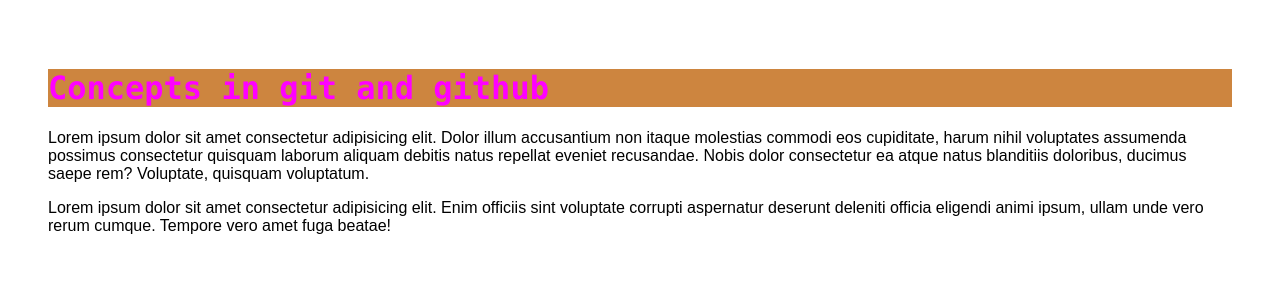
Repository: profbkmurage/gitConcepts
Page: index.html
The author's editor kept a copy of each file at every save. The page is drawn from the files as they stood at one save, then again after the next save.
The browser window is 1280 px wide. The pictures show the whole page.

Above is the page before, as saved 2024-04-03 17:35:42.

### index.html
<!DOCTYPE html>
<html lang="en">
<head>
    <meta charset="UTF-8">
    <meta name="viewport" content="width=device-width, initial-scale=1.0">
    <title>Document</title>
<link rel="stylesheet" href="style.css">
</head>
<body>
    <h1>Concepts in git and github</h1>
    <p>Lorem ipsum dolor sit amet consectetur adipisicing elit. Dolor illum accusantium non itaque molestias commodi eos cupiditate, harum nihil voluptates assumenda possimus consectetur quisquam laborum aliquam debitis natus repellat eveniet recusandae. Nobis dolor consectetur ea atque natus blanditiis doloribus, ducimus saepe rem? Voluptate, quisquam voluptatum.</p>

    <div>
        <p class="classname">
            Lorem ipsum dolor sit amet consectetur adipisicing elit. Enim officiis sint voluptate corrupti aspernatur deserunt deleniti officia eligendi animi ipsum, ullam unde vero rerum cumque. Tempore vero amet fuga beatae!
        </p>
    </div>

</body>
</html>

### style.css
body{
    margin:2rem;
    padding:1em;
    font-family: Arial, Helvetica, sans-serif;
}

h1{
    color:magenta;
    background: peru;
    font-family: consolas;
}

After the next save:
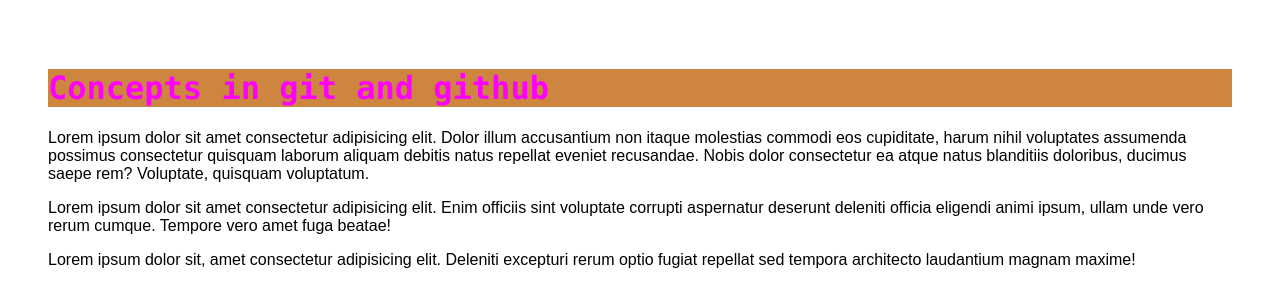
Saved 27 min 39 s later.
--- a/index.html
+++ b/index.html
@@ -14,6 +14,9 @@
         <p class="classname">
             Lorem ipsum dolor sit amet consectetur adipisicing elit. Enim officiis sint voluptate corrupti aspernatur deserunt deleniti officia eligendi animi ipsum, ullam unde vero rerum cumque. Tempore vero amet fuga beatae!
         </p>
+        <section class="py" id="py">
+            <p>Lorem ipsum dolor sit, amet consectetur adipisicing elit. Deleniti excepturi rerum optio fugiat repellat sed tempora architecto laudantium magnam maxime!</p>
+        </section>
     </div>
 
 </body>
